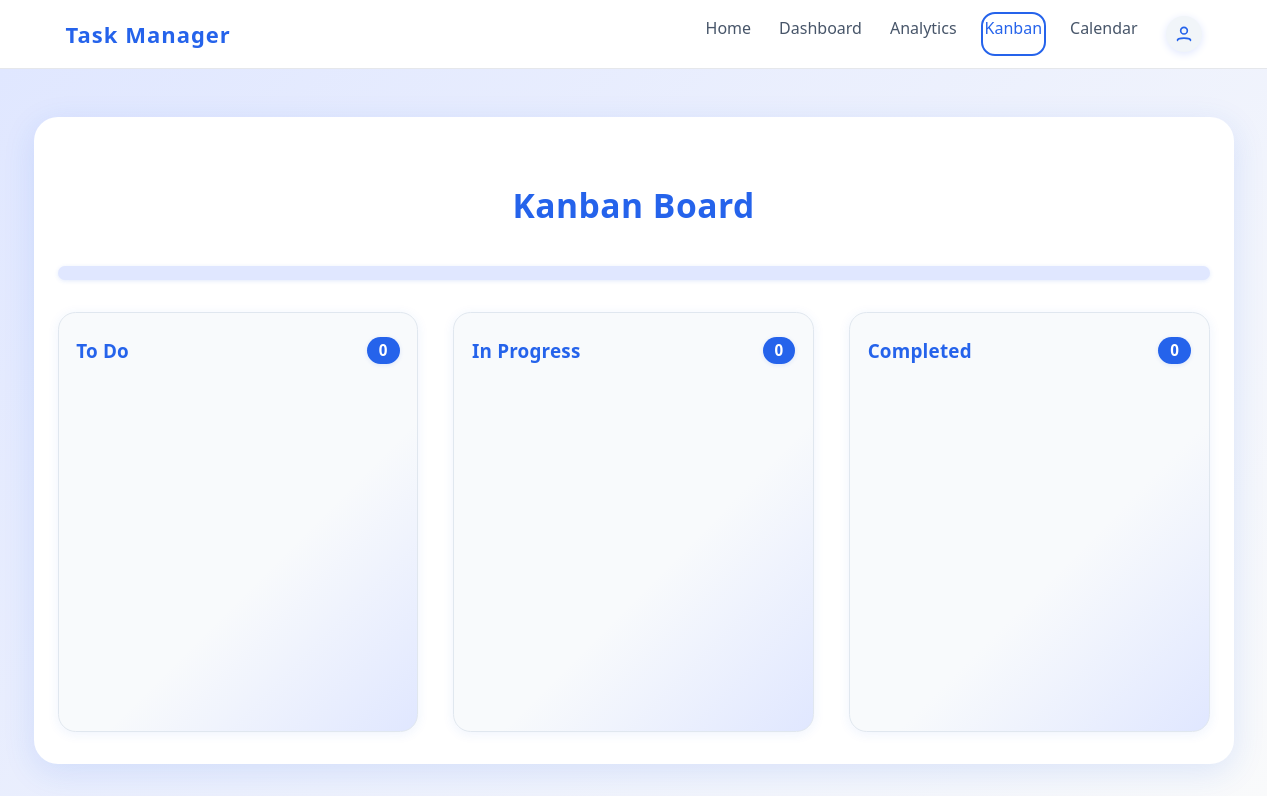
Repository: him021204/Task-Manager
Page: /kanban (app in client/)
These files come from the project's save history. The page is drawn as it stood at one moment and after the next save; the edit follows.
The browser window is 1280 px wide. The pictures show the whole page.
The page's requests for data from a server got no answer. The project was rebuilt for these pictures with package versions that can differ from the ones it lists, and the page was loaded fresh each time. No one was signed in, and anything a server would have sent is missing. Also part of the build but not shown: client/vite.config.js, client/src/pages/Dashboard.jsx, client/src/pages/Login.css, client/src/pages/Login.jsx, client/src/pages/Register.css, client/src/pages/Register.jsx, client/src/pages/Analytics.jsx, client/src/pages/CalendarView.css and 3 more.

Above is the page before, as saved 2025-06-23 22:42:39.

### client/src/main.jsx
import React from 'react';
import ReactDOM from 'react-dom/client';
import App from './App.jsx';
import './index.css';
import 'react-big-calendar/lib/css/react-big-calendar.css';
ReactDOM.createRoot(document.getElementById('root')).render(
  <React.StrictMode>
    <App />
  </React.StrictMode>,
);

### client/src/App.jsx
import 'react-big-calendar/lib/css/react-big-calendar.css';
import { BrowserRouter as Router, Routes, Route } from 'react-router-dom';
import { SocketProvider } from './context/SocketContext';
import { AuthProvider } from './context/AuthContext';
import Home from './pages/Home';
import Dashboard from './pages/Dashboard';
import Login from './pages/Login';
import Register from './pages/Register';
import Analytics from './pages/Analytics';
import CalendarView from './pages/CalendarView';
import { ToastContainer } from 'react-toastify';
import 'react-toastify/dist/ReactToastify.css';
import Profile from './pages/Profile';
import KanbanBoard from './pages/KanbanBoard';

const App = () => {
  // You can also remove the dark state if not needed
  // const [dark, setDark] = useState(false);
  return (
    <div className="min-h-screen bg-gray-100 text-black">
      <AuthProvider>
        <SocketProvider>
          <Router>
            <main className="pt-12 px-2 max-w-7xl mx-auto">
              <Routes>
                <Route path="/" element={<Login />} />
                <Route path="/home" element={<Home />} />
                <Route path="/dashboard" element={<Dashboard />} />
                <Route path="/register" element={<Register />} />
                <Route path="/analytics" element={<Analytics />} />
                <Route path="/calendar" element={<CalendarView />} />
                <Route path="/profile" element={<Profile />} />
                <Route path="/kanban" element={<KanbanBoard />} />
              </Routes>
            </main>
          </Router>
          <ToastContainer position="top-right" autoClose={3000} />
        </SocketProvider>
      </AuthProvider>
    </div>
  );
};

export default App;

### client/src/context/SocketContext.jsx
import { createContext, useContext, useEffect } from 'react';
import { socket } from '../utils/socket';

const SocketContext = createContext();

export const SocketProvider = ({ children }) => {
  useEffect(() => {
    return () => socket.disconnect();
  }, []);

  return (
    <SocketContext.Provider value={socket}>
      {children}
    </SocketContext.Provider>
  );
};

export const useSocket = () => useContext(SocketContext);

### client/src/context/AuthContext.jsx
import { createContext, useContext, useEffect, useState } from 'react';
import axios from 'axios';

export const AuthContext = createContext();

export const AuthProvider = ({ children }) => {
  const [user, setUser] = useState(null);
  const [token, setToken] = useState(localStorage.getItem('token'));

  useEffect(() => {
    if (token) {
      axios.defaults.headers.common['Authorization'] = `Bearer ${token}`;
      setUser(JSON.parse(localStorage.getItem('user')));
    }
  }, [token]);

  const login = (data) => {
    localStorage.setItem('token', data.token);
    localStorage.setItem('user', JSON.stringify(data.user));
    setUser(data.user);
    setToken(data.token);
  };

  const logout = () => {
    localStorage.clear();
    setUser(null);
    setToken(null);
  };

  return (
    <AuthContext.Provider value={{ user, login, logout }}>
      {children}
    </AuthContext.Provider>
  );
};

export const useAuth = () => useContext(AuthContext);

### client/src/pages/KanbanBoard.jsx
import React, { useEffect, useState } from 'react';
import { Link } from 'react-router-dom';
import axios from 'axios';
import { DragDropContext, Droppable, Draggable } from '@hello-pangea/dnd';
import './KanbanBoard.css';

const columns = [
  { id: 'To Do', label: 'To Do' },
  { id: 'In Progress', label: 'In Progress' },
  { id: 'Completed', label: 'Completed' }
];

const KanbanBoard = () => {
  const [tasks, setTasks] = useState([]);
  const [loading, setLoading] = useState(true);

  // Fetch tasks from backend
  const fetchTasks = async () => {
    setLoading(true);
    try {
      const res = await axios.get('http://localhost:5000/api/tasks', {
        headers: { Authorization: `Bearer ${localStorage.getItem('token')}` }
      });
      setTasks(res.data);
    } catch {
      setTasks([]);
    } finally {
      setLoading(false);
    }
  };

  useEffect(() => {
    fetchTasks();
  }, []);

  // Progress bar calculation
  const completed = tasks.filter(t => t.status === 'Completed').length;
  const progress = tasks.length ? Math.round((completed / tasks.length) * 100) : 0;

  // Handle drag and drop
  const handleDragEnd = async (result) => {
    if (!result.destination) return;
    const { draggableId, destination } = result;
    const newStatus = destination.droppableId;
    try {
      await axios.put(
        `http://localhost:5000/api/tasks/${draggableId}`,
        { status: newStatus },
        { headers: { Authorization: `Bearer ${localStorage.getItem('token')}` } }
      );
      fetchTasks();
    } catch {
      // Optionally show error
    }
  };

  return (
    <>
      {/* Navigation Bar */}
      <nav className="navbar">
        <div className="nav-content">
          <span className="logo">Task Manager</span>
          <div className="nav-links">
            <Link to="/home" className="nav-link">Home</Link>
            <Link to="/dashboard" className="nav-link">Dashboard</Link>
            <Link to="/analytics" className="nav-link">Analytics</Link>
            <Link to="/kanban" className="nav-link active">Kanban</Link>
            <Link to="/calendar" className="nav-link">Calendar</Link>
            <div className="nav-profile">
              <Link to="/profile" style={{ display: 'flex', alignItems: 'center' }}>
                <svg
                  width="36"
                  height="36"
                  viewBox="0 0 24 24"
                  fill="none"
                  stroke="#2563eb"
                  strokeWidth="2"
                  strokeLinecap="round"
                  strokeLinejoin="round"
                  style={{ background: "#f1f5f9", borderRadius: "50%", padding: 8, boxShadow: "0 2px 8px #e0e7ff" }}
                >
                  <circle cx="12" cy="8" r="4" />
                  <path d="M4 20c0-4 16-4 16 0" />
                </svg>
              </Link>
            </div>
          </div>
        </div>
      </nav>
      <div className="kanban-bg">
        <div className="kanban-container">
          <h2 className="kanban-title">Kanban Board</h2>
          <div className="kanban-progress-bar">
            <div className="kanban-progress-bar-inner" style={{ width: `${progress}%` }} />
          </div>
          {loading ? (
            <div className="kanban-status">Loading...</div>
          ) : (
            <DragDropContext onDragEnd={handleDragEnd}>
              <div className="kanban-columns">
                {columns.map(col => (
                  <Droppable droppableId={col.id} key={col.id}>
                    {(provided, snapshot) => (
                      <div
                        className={`kanban-column${snapshot.isDraggingOver ? ' dragging-over' : ''}`}
                        ref={provided.innerRef}
                        {...provided.droppableProps}
                      >
                        <div className="kanban-column-header">
                          <div className="kanban-column-title">{col.label}</div>
                          <span className="kanban-column-count">
                            {tasks.filter(task => (task.status || 'To Do') === col.id).length}
                          </span>
                        </div>
                        {tasks
                          .filter(task => (task.status || 'To Do') === col.id)
                          .map((task, idx) => (
                            <Draggable draggableId={task._id} index={idx} key={task._id}>
                              {(provided, snapshot) => (
                                <div
                                  className={`kanban-task${snapshot.isDragging ? ' dragging' : ''}`}
                                  ref={provided.innerRef}
                                  {...provided.draggableProps}
                                  {...provided.dragHandleProps}
                                >
                                  <div className="kanban-task-title">{task.title}</div>
                                  <div className="kanban-task-status-tag">{task.status || 'To Do'}</div>
                                  {task.description && (
                                    <div className="kanban-task-desc">
                                      {task.description.length > 60
                                        ? task.description.slice(0, 60) + '…'
                                        : task.description}
                                    </div>
                                  )}
                                  {task.dueDate && (
                                    <div className="kanban-task-due">
                                      Due: {new Date(task.dueDate).toLocaleDateString()}
                                    </div>
                                  )}
                                  {task.assignee && (
                                    <div className="kanban-task-assignee">
                                      <span className="kanban-task-avatar">
                                        {task.assignee.name
                                          ? task.assignee.name.split(' ').map(n => n[0]).join('').toUpperCase().slice(0, 2)
                                          : 'U'}
                                      </span>
                                      {task.assignee.name}
                                    </div>
                                  )}
                                </div>
                              )}
                            </Draggable>
                          ))}
                        {provided.placeholder}
                      </div>
                    )}
                  </Droppable>
                ))}
              </div>
            </DragDropContext>
          )}
        </div>
      </div>
    </>
  );
};

export default KanbanBoard;

### client/src/pages/Analytics.css
/* Navigation Bar */
.navbar {
  width: 100%;
  background: rgba(255, 255, 255, 0.85);
  border-bottom: 1px solid #e5e7eb;
  padding: 16px 0;
  position: sticky;
  top: 0;
  z-index: 50;
}

.nav-content {
  max-width: 1200px;
  margin: 0 auto;
  display: flex;
  align-items: center;
  justify-content: space-between;
  padding: 0 32px;
}

.logo {
  font-weight: bold;
  font-size: 22px;
  color: #2563eb;
  letter-spacing: 1px;
}

.nav-links {
  display: flex;
  gap: 28px;
}

.nav-link {
  color: #475569;
  font-weight: 500;
  text-decoration: none;
  transition: color 0.3s ease, outline 0.2s;
  outline: none;
}

.nav-link.active,
.nav-link:focus,
.nav-link:hover {
  color: #2563eb;
  outline: 2px solid #2563eb;
  outline-offset: 2px;
  border-radius: 10px;
}

@media (max-width: 900px) {
  .nav-content {
    padding: 0 12px;
  }
}

@media (max-width: 600px) {
  .logo {
    font-size: 18px;
  }
  .nav-links {
    gap: 14px;
  }
}
.analytics-bg {
  min-height: 100vh;
  width: 99vw;
  background: #f9fafb;
  padding: 2rem 0;
}

.analytics-container {
  max-width: 1100px;
  margin: 0 auto;
  background: #fff;
  border-radius: 1.25rem;
  box-shadow: 0 4px 32px rgba(37, 99, 235, 0.08);
  padding: 2.5rem 2rem;
}

.analytics-title {
  font-size: 2rem;
  font-weight: 800;
  color: #1e293b;
  margin-bottom: 2rem;
  text-align: center;
}

.analytics-stats {
  display: flex;
  gap: 2rem;
  justify-content: center;
  margin-bottom: 2.5rem;
  flex-wrap: wrap;
}

.analytics-stat-card {
  background: linear-gradient(90deg, #e0e7ff 0%, #f0fdf4 100%);
  border-radius: 1rem;
  box-shadow: 0 2px 12px rgba(37, 99, 235, 0.06);
  padding: 1.25rem 2.5rem;
  text-align: center;
  min-width: 140px;
}

.analytics-stat-label {
  color: #64748b;
  font-size: 1rem;
  margin-bottom: 0.25rem;
}

.analytics-stat-value {
  font-size: 2rem;
  font-weight: 700;
  color: #2563eb;
}

.analytics-charts {
  display: flex;
  gap: 2rem;
  flex-wrap: wrap;
  justify-content: center;
}

.analytics-chart-card {
  background: #f8fafc;
  border-radius: 1rem;
  box-shadow: 0 2px 12px rgba(37, 99, 235, 0.04);
  padding: 1.5rem 1rem 1rem 1rem;
  min-width: 320px;
  flex: 1 1 320px;
  max-width: 500px;
  display: flex;
  flex-direction: column;
  align-items: center;
}

.analytics-chart-title {
  font-size: 1.1rem;
  font-weight: 600;
  color: #334155;
  margin-bottom: 1rem;
  text-align: center;
}

### client/src/pages/KanbanBoard.css
.kanban-bg {
  min-height: 100vh;
  width: 99vw;
  background: linear-gradient(135deg, #e0e7ff 0%, #f9fafb 100%);
  display: flex;
  align-items: flex-start;
  justify-content: center;
  padding: 3rem 0 2rem 0;
}

.kanban-container {
  width: 100%;
  max-width: 1200px;
  background: #fff;
  border-radius: 1.5rem;
  box-shadow: 0 8px 32px rgba(37, 99, 235, 0.13);
  padding: 2.2rem 1.5rem 2rem 1.5rem;
  margin: 0 1rem;
}

.kanban-title {
  font-size: 2.1rem;
  font-weight: 900;
  color: #2563eb;
  margin-bottom: 2.2rem;
  text-align: center;
  letter-spacing: 0.5px;
}

.kanban-progress-bar {
  width: 100%;
  height: 14px;
  background: #e0e7ff;
  border-radius: 8px;
  margin-bottom: 2rem;
  overflow: hidden;
  box-shadow: 0 1px 4px #2563eb22;
  position: relative;
}
.kanban-progress-bar-inner {
  height: 100%;
  background: linear-gradient(90deg, #1d4ed8 0%, #7c3aed 100%);
  border-radius: 8px;
  transition: width 0.4s;
}

.kanban-columns {
  display: flex;
  gap: 2.2rem;
  justify-content: center;
  align-items: flex-start;
  width: 100%;
}

.kanban-column {
  background: linear-gradient(135deg, #f8fafc 60%, #e0e7ff 100%);
  border-radius: 1.1rem;
  box-shadow: 0 2px 12px rgba(37,99,235,0.08);
  padding: 1.5rem 1.1rem 1.2rem 1.1rem;
  min-width: 270px;
  flex: 1 1 0;
  min-height: 420px;
  transition: background 0.18s, box-shadow 0.18s;
  display: flex;
  flex-direction: column;
  gap: 1.1rem;
  border: 1.5px solid #e0e7ef;
}

.kanban-column.dragging-over {
  background: linear-gradient(135deg, #e0e7ff 80%, #f8fafc 100%);
  box-shadow: 0 4px 24px #2563eb22;
}

.kanban-column-header {
  display: flex;
  align-items: center;
  justify-content: space-between;
  margin-bottom: 1.2rem;
}

.kanban-column-title {
  font-size: 1.18rem;
  font-weight: 700;
  color: #2563eb;
  letter-spacing: 0.2px;
}

.kanban-column-count {
  background: #2563eb;
  color: #fff;
  font-size: 0.95em;
  font-weight: 700;
  border-radius: 999px;
  padding: 2px 12px;
  margin-left: 8px;
  box-shadow: 0 1px 4px #2563eb22;
}

.kanban-add-task-btn {
  background: linear-gradient(90deg, #2563eb 0%, #10b981 100%);
  color: #fff;
  border: none;
  border-radius: 0.5rem;
  font-size: 1.01rem;
  font-weight: 600;
  padding: 0.45rem 1.1rem;
  cursor: pointer;
  margin-bottom: 1rem;
  transition: background 0.18s, box-shadow 0.18s, transform 0.15s;
  box-shadow: 0 1px 4px #2563eb22;
}
.kanban-add-task-btn:hover {
  background: linear-gradient(90deg, #10b981 0%, #2563eb 100%);
  transform: translateY(-2px) scale(1.04);
}

.kanban-task {
  position: relative;
  background: #fff;
  border-radius: 0.9rem;
  box-shadow: 0 2px 8px rgba(37,99,235,0.09);
  padding: 1.1rem 1rem 0.9rem 1rem;
  margin-bottom: 0.7rem;
  font-size: 1.08rem;
  color: #1e293b;
  display: flex;
  flex-direction: column;
  gap: 0.3rem;
  border-left: 5px solid #2563eb22;
  transition: box-shadow 0.18s, border 0.18s, transform 0.18s;
  min-height: 80px;
}

.kanban-task:hover {
  box-shadow: 0 6px 20px #2563eb33;
  transform: translateY(-2px) scale(1.025);
  border-left: 5px solid #2563eb;
}

.kanban-task-title {
  font-weight: 700;
  margin-bottom: 0.2rem;
  font-size: 1.09em;
  color: #2563eb;
  letter-spacing: 0.2px;
}

.kanban-task-status-tag {
  position: absolute;
  top: 14px;
  right: 18px;
  font-size: 0.85em;
  font-weight: 700;
  padding: 2px 10px;
  border-radius: 999px;
  background: #e0e7ff;
  color: #2563eb;
  letter-spacing: 0.5px;
  box-shadow: 0 1px 4px #2563eb22;
}

.kanban-task-desc {
  font-size: 0.97em;
  color: #64748b;
  margin-top: 0.2rem;
  margin-bottom: 0.2rem;
  min-height: 18px;
  font-style: italic;
}

.kanban-task-due {
  font-size: 0.97em;
  color: #f59e42;
  margin-top: 0.1rem;
}

.kanban-task-priority {
  font-size: 0.95em;
  font-weight: 600;
  margin-top: 0.2rem;
  letter-spacing: 0.1px;
}

.kanban-task-assignee {
  display: flex;
  align-items: center;
  margin-top: 0.3rem;
  font-size: 0.97em;
  color: #64748b;
  gap: 0.5rem;
}
.kanban-task-avatar {
  width: 26px;
  height: 26px;
  border-radius: 50%;
  background: linear-gradient(135deg, #2563eb 60%, #10b981 100%);
  color: #fff;
  display: flex;
  align-items: center;
  justify-content: center;
  font-weight: 700;
  font-size: 1em;
  box-shadow: 0 1px 4px #2563eb22;
}

@media (max-width: 900px) {
  .kanban-columns {
    flex-direction: column;
    gap: 1.5rem;
  }
  .kanban-column {
    min-width: 0;
    width: 100%;
  }
}

### client/src/pages/Navbar.jsx
import { Link } from 'react-router-dom';

const Navbar = () => (
  <nav className="navbar">
    <div className="nav-content">
      <span className="logo">Task Manager</span>
      <div className="nav-links">
        <Link to="/home" className="nav-link">Home</Link>
        <Link to="/dashboard" className="nav-link">Dashboard</Link>
        <Link to="/analytics" className="nav-link">Analytics</Link>
        <Link to="/kanban" className="nav-link">Kanban</Link>
        <Link to="/calendar" className="nav-link">Calendar</Link>
        <div className="nav-profile">
          <Link to="/profile" style={{ display: 'flex', alignItems: 'center' }}>
            <svg
              width="36"
              height="36"
              viewBox="0 0 24 24"
              fill="none"
              stroke="#2563eb"
              strokeWidth="2"
              strokeLinecap="round"
              strokeLinejoin="round"
              style={{ background: "#f1f5f9", borderRadius: "50%", padding: 8, boxShadow: "0 2px 8px #e0e7ff" }}
            >
              <circle cx="12" cy="8" r="4" />
              <path d="M4 20c0-4 16-4 16 0" />
            </svg>
          </Link>
        </div>
      </div>
    </div>
  </nav>
);

export default Navbar;

Loaded but not shown: client/index.html (common file); client/src/index.css (common file); client/src/utils/socket.js (2 lines, source omitted); client/src/pages/Dashboard.css (1077 lines, source omitted); client/src/pages/Home.css (533 lines, source omitted); client/src/pages/Home.jsx (263 lines, source omitted)

After the next save:
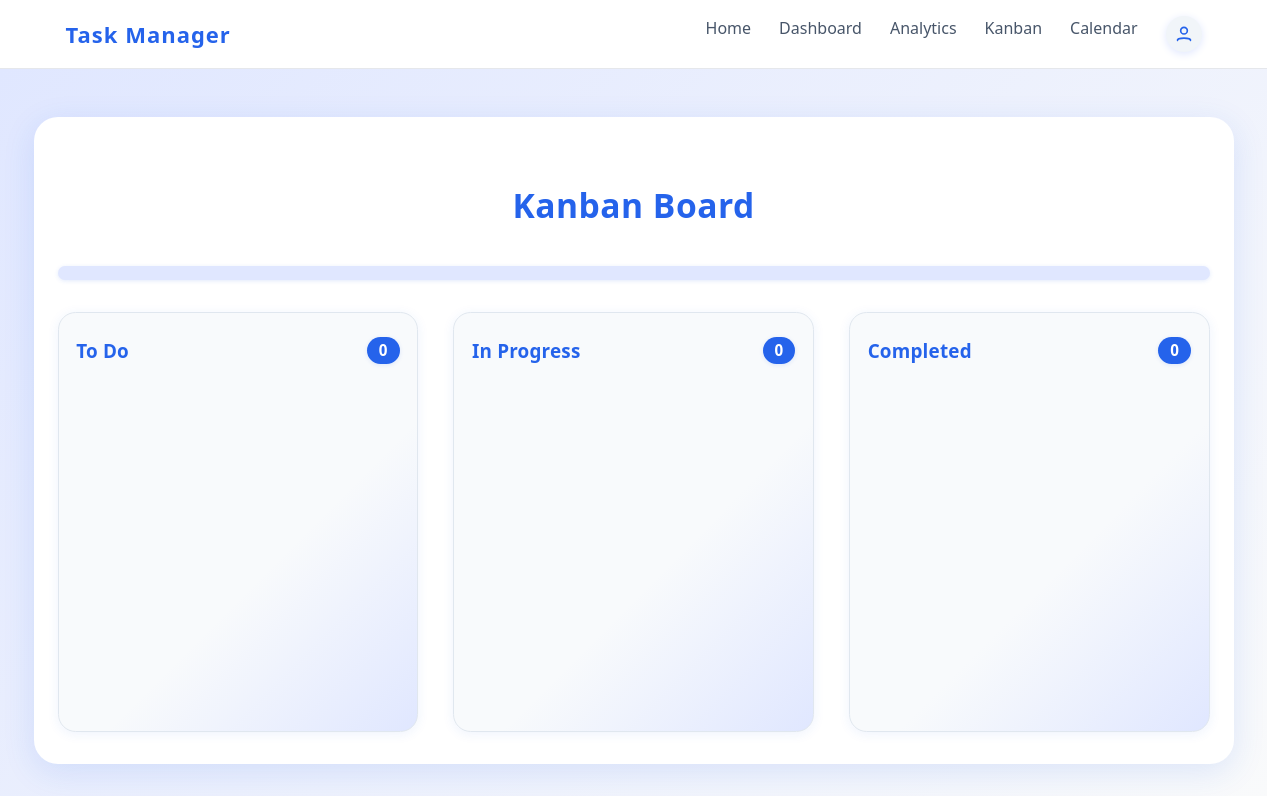
Saved 22 s later.
--- a/client/src/pages/KanbanBoard.jsx
+++ b/client/src/pages/KanbanBoard.jsx
@@ -3,6 +3,7 @@ import { Link } from 'react-router-dom';
 import axios from 'axios';
 import { DragDropContext, Droppable, Draggable } from '@hello-pangea/dnd';
 import './KanbanBoard.css';
+import Navbar from './Navbar';
 
 const columns = [
   { id: 'To Do', label: 'To Do' },
@@ -56,37 +57,7 @@ const KanbanBoard = () => {
 
   return (
     <>
-      {/* Navigation Bar */}
-      <nav className="navbar">
-        <div className="nav-content">
-          <span className="logo">Task Manager</span>
-          <div className="nav-links">
-            <Link to="/home" className="nav-link">Home</Link>
-            <Link to="/dashboard" className="nav-link">Dashboard</Link>
-            <Link to="/analytics" className="nav-link">Analytics</Link>
-            <Link to="/kanban" className="nav-link active">Kanban</Link>
-            <Link to="/calendar" className="nav-link">Calendar</Link>
-            <div className="nav-profile">
-              <Link to="/profile" style={{ display: 'flex', alignItems: 'center' }}>
-                <svg
-                  width="36"
-                  height="36"
-                  viewBox="0 0 24 24"
-                  fill="none"
-                  stroke="#2563eb"
-                  strokeWidth="2"
-                  strokeLinecap="round"
-                  strokeLinejoin="round"
-                  style={{ background: "#f1f5f9", borderRadius: "50%", padding: 8, boxShadow: "0 2px 8px #e0e7ff" }}
-                >
-                  <circle cx="12" cy="8" r="4" />
-                  <path d="M4 20c0-4 16-4 16 0" />
-                </svg>
-              </Link>
-            </div>
-          </div>
-        </div>
-      </nav>
+      <Navbar />
       <div className="kanban-bg">
         <div className="kanban-container">
           <h2 className="kanban-title">Kanban Board</h2>
